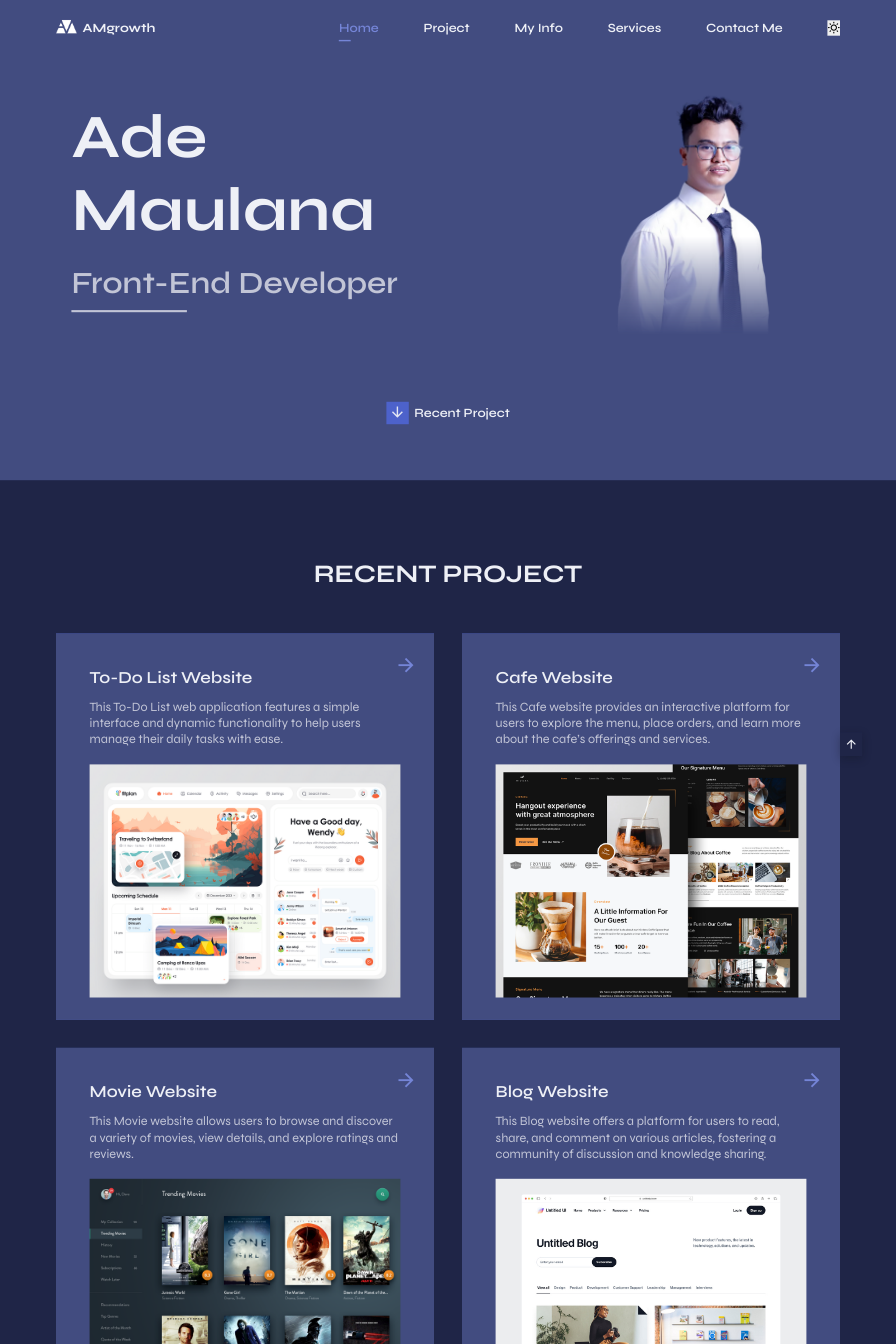
Repository: Ademaulana100499/amgrowth
Page: /
The author's editor kept a copy of each file at every save. The page is drawn from the files as they stood at one save, then again after the next save.
The browser window is 1280 px wide. The pictures show the part of the page from y = 0 to 1920 px (the page is 6336 px tall), at 70% of full size.
Some web fonts or font styles are not loaded; a fallback is used. The project was rebuilt for these pictures with package versions that can differ from the ones it lists, and the page was loaded fresh each time. Also part of the build but not shown: vite.config.js.

Above is the page before, as saved 2024-12-06 10:43:55.

After the next save:
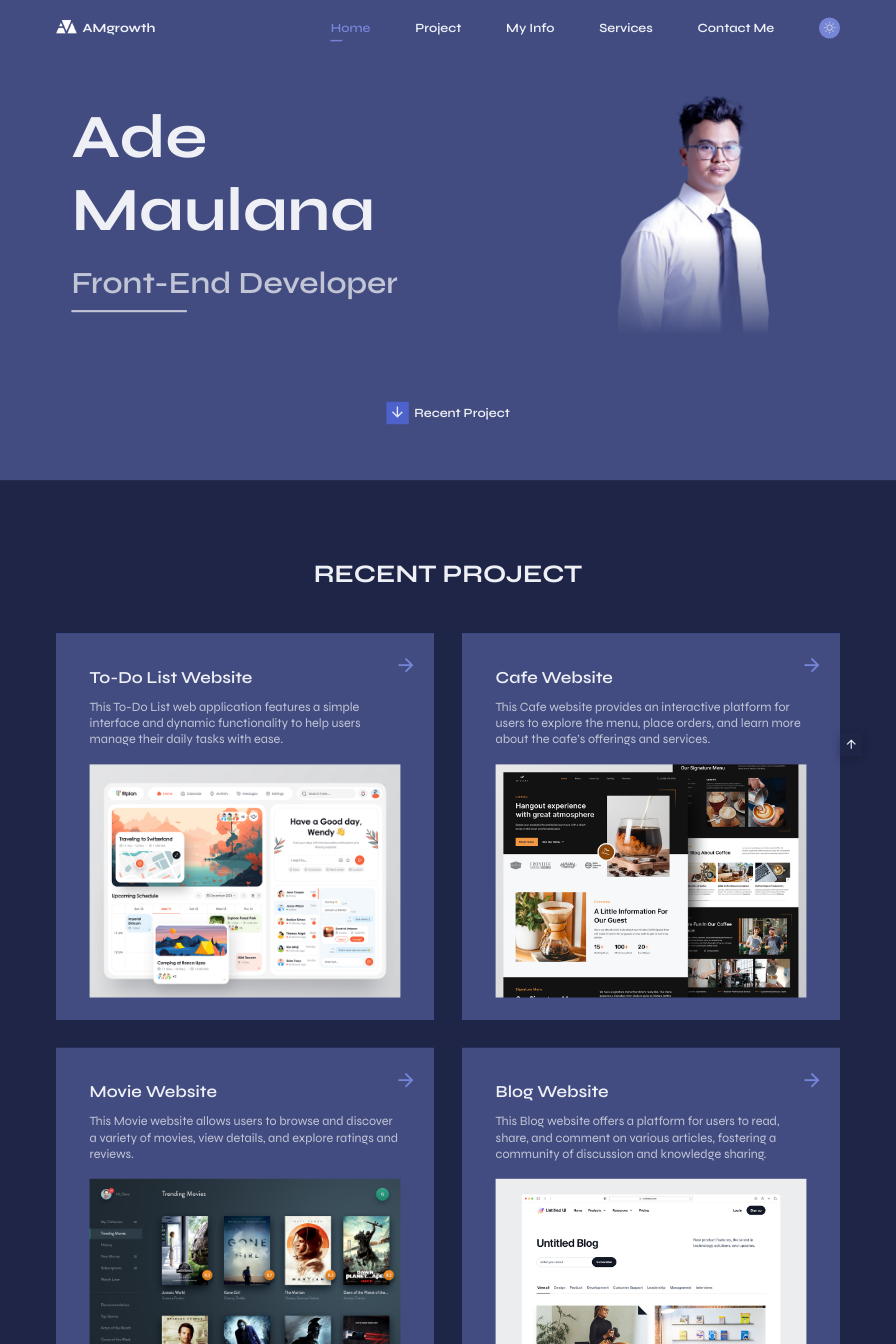
Saved 28 s later.
--- a/src/components/Header/style.css
+++ b/src/components/Header/style.css
@@ -30,6 +30,22 @@
   font-size: 1.5rem;
   cursor: pointer;
   color: var(--title-color);
+}
+#theme-switch {
+  height: 30px;
+  width: 30px;
+  border-radius: 50%;
+  background-color: var(--first-color-light);
+  display: flex;
+  justify-content: center;
+  align-items: center;
+}
+#theme-switch:hover {
+  cursor: pointer;
+}
+#theme-switch i {
+  fill: var(--body-color);
+  color: var(--text-color);
 }
 
 /* Navigation for mobile */
